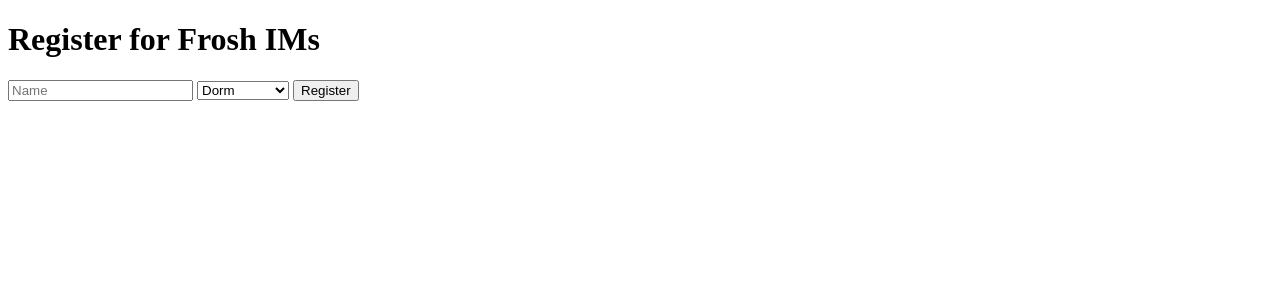
Repository: Zathrox/CS50
Page: http://localhost/
The author's editor kept a record of every edit. The page is drawn from the files as they stood at one moment, then again after the next edit.
The browser window is 1280 px wide. The pictures show the whole page.
The page is served by the project's application, run on Flask 3 (pset7/personal/froshims0/application.py).

Above is the page before.

### pset7/personal/froshims0/templates/index.html
<!DOCTYPE html>

<html>
    <head>
        <title>froshims0</title>
    </head>
    <body>
        <h1>Register for Frosh IMs</h1>
        <form action="/register" method="post">
            <input name="name" placeholder="Name" type="text">
            <select name="dorm">
                <option disabled selected value="">Dorm</option>
                <option value="Apley Court">Apley Court</option>
                <option value="Canaday">Canaday</option>
            </select>
            <input type="submit" value="Register">
        </form>
    </body>
</html>

### pset7/personal/froshims0/application.py
from flask import Flask, render_template, request

app = Flask(__name__)

@app.route("/")
def index():
    return render_template("index.html")

@app.route("/register", methods=["POST"])
def register():
    if not request.form.get("name") or not request.form.get("dorm"):
        return render_template("failure.html")
    return render_template("success.html")

After the next edit:
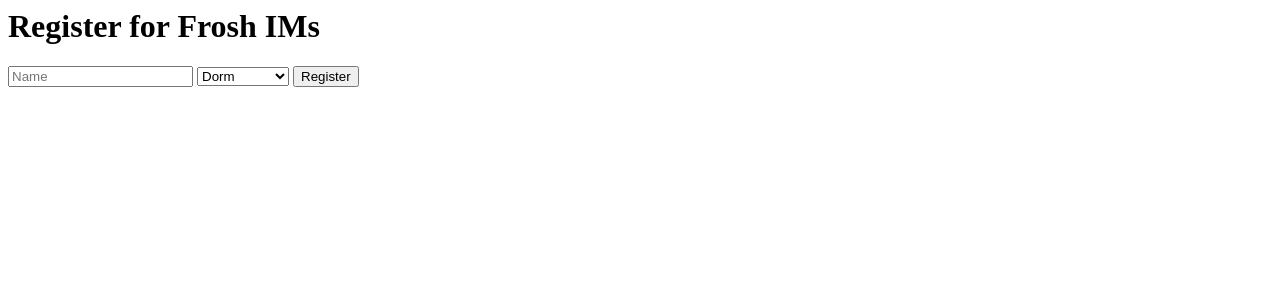
The edit:
--- a/pset7/personal/froshims0/templates/index.html
+++ b/pset7/personal/froshims0/templates/index.html
@@ -1,10 +1,4 @@
-<!DOCTYPE html>
 
-<html>
-    <head>
-        <title>froshims0</title>
-    </head>
-    <body>
         <h1>Register for Frosh IMs</h1>
         <form action="/register" method="post">
             <input name="name" placeholder="Name" type="text">
